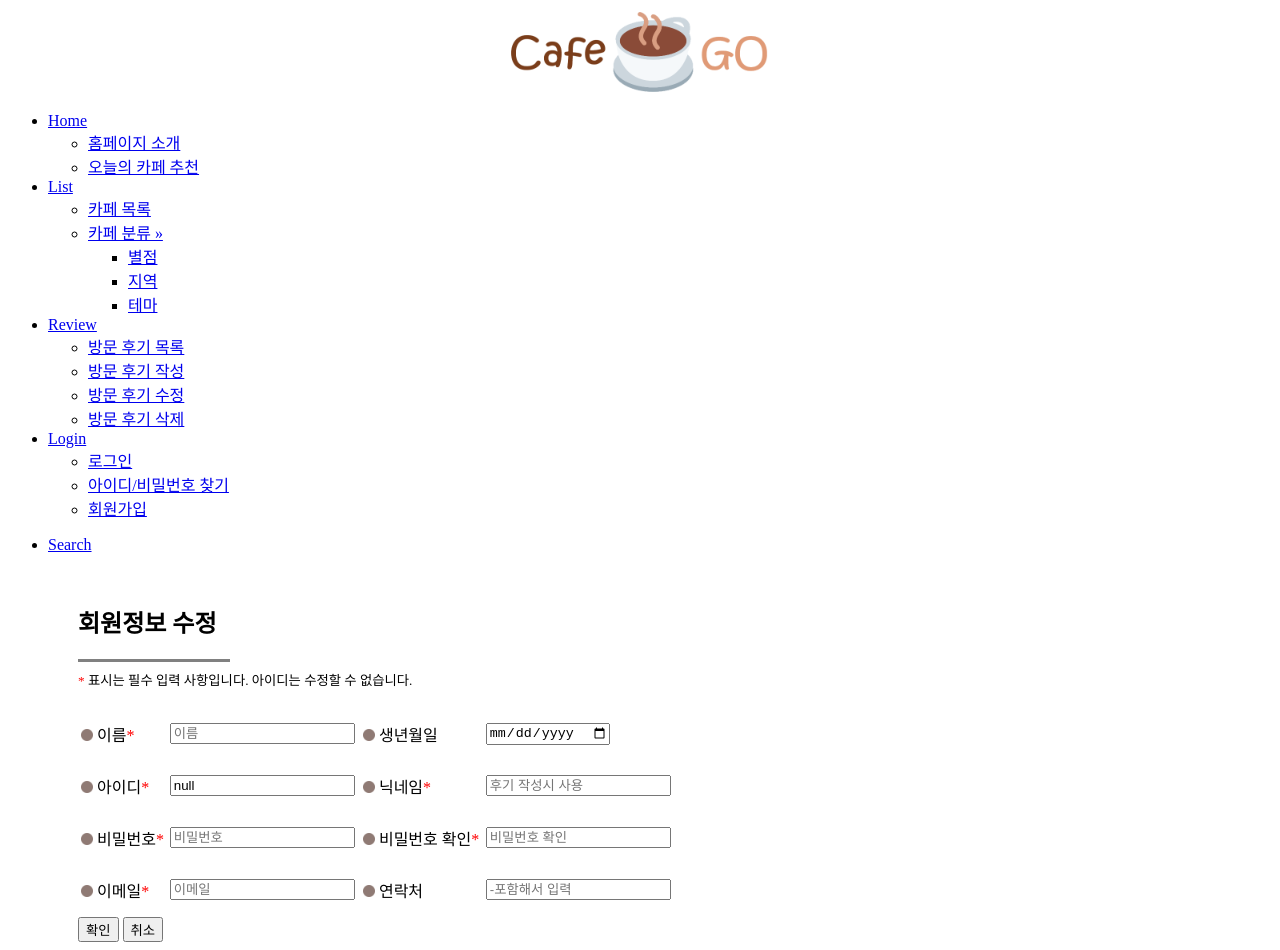
Repository: JuYeong0413/Web-Programming
Page: http://localhost/CafeGo/infoModify.jsp
These files come from the project's save history. The page is drawn as it stood at one moment and after the next save; the edit follows.
The browser window is 1280 px wide. The pictures show the whole page.
The page is served by Tomcat 9. Queries for data that is not in the repository find no rows.

Above is the page before, as saved 2018-12-23 08:50:53.

After the next save:
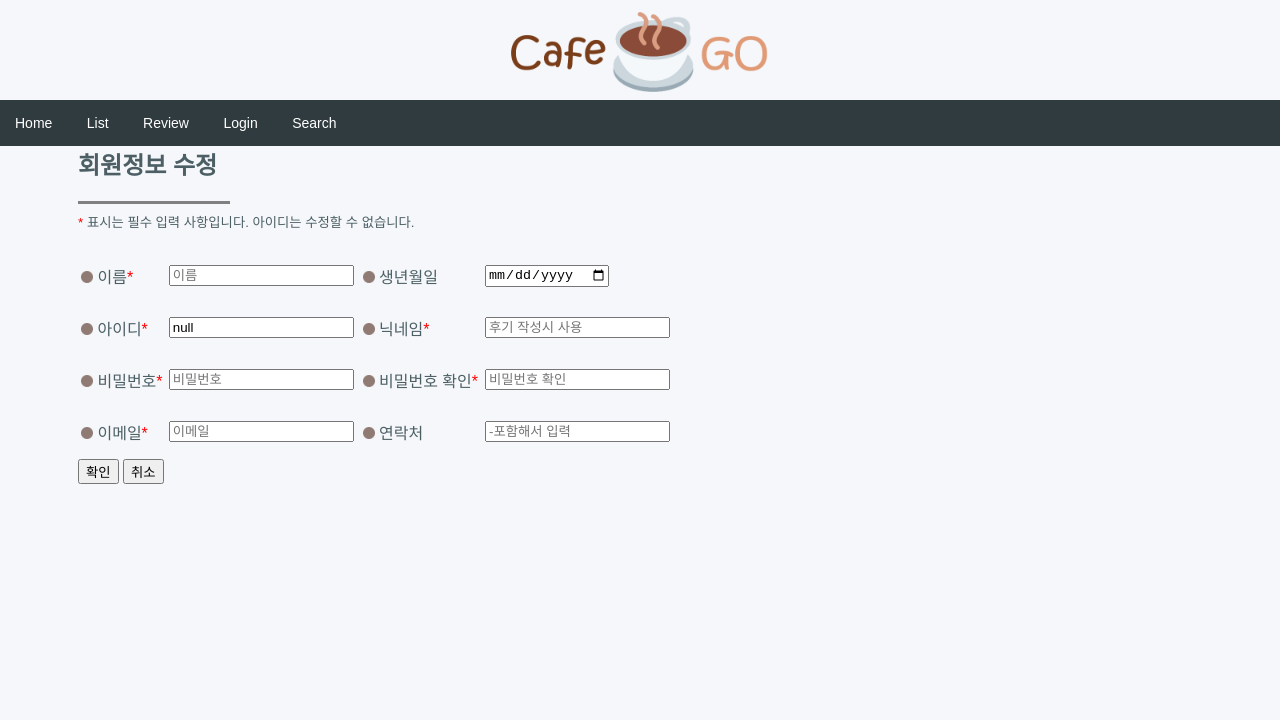
Saved 51 s later.
--- a/Project/CafeGo/WebContent/infoModify.jsp
+++ b/Project/CafeGo/WebContent/infoModify.jsp
@@ -8,6 +8,7 @@
 <head>
 <meta charset="utf-8">
 <title>Insert title here</title>
+<link rel="stylesheet" href="reponsiveNavigation.css" />
 </head>
 <body>
 <div>
